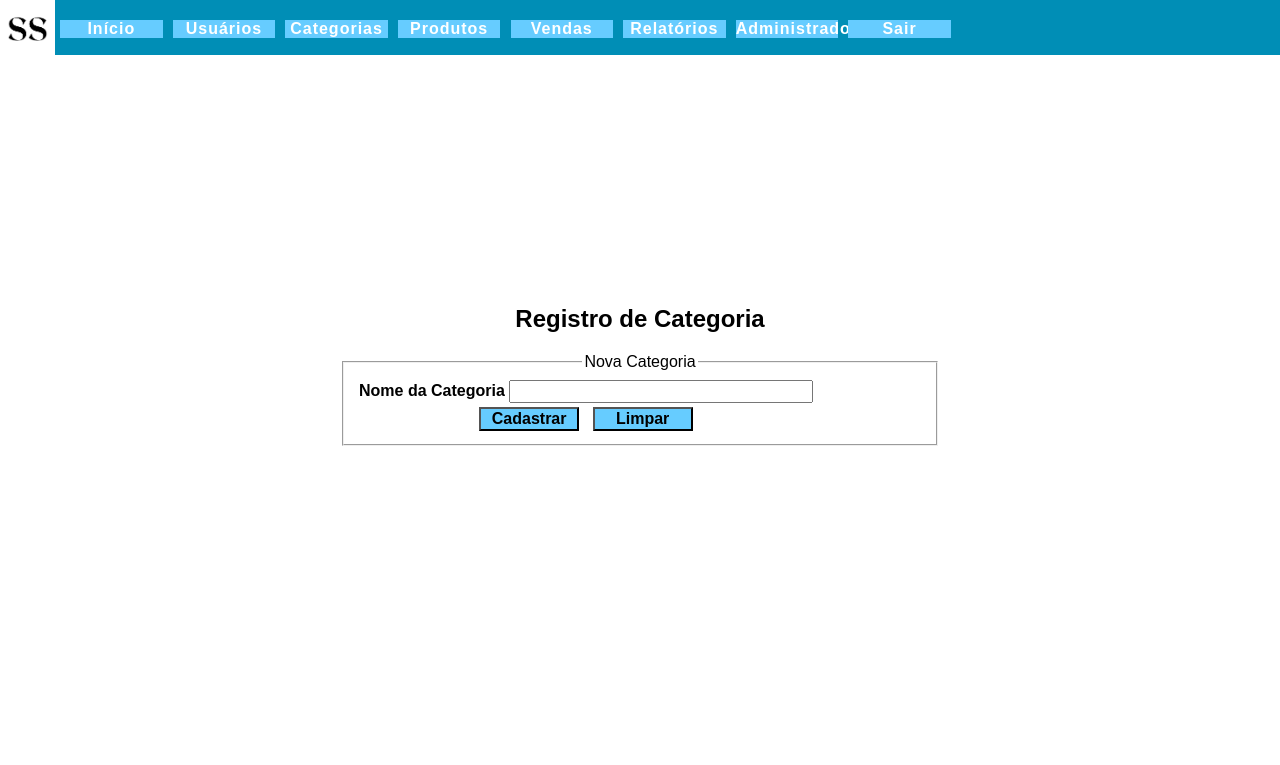
Repository: FaculdadeSenaiJoinville/PiMichelBaade
Page: ProjetoIndividual/WebContent/pages/admin/adminCategorias.html
The author's editor kept a copy of each file at every save. The page is drawn from the files as they stood at one save, then again after the next save.
The browser window is 1280 px wide. The pictures show the whole page.

Above is the page before, as saved 2021-08-18 00:41:52.

### ProjetoIndividual/WebContent/pages/admin/adminCategorias.html
<!DOCTYPE html>
<html>
<head>
<meta charset="UTF-8">
	<meta name="description" content="Site da Software dos Sonhos">
	<meta name="keywords" content="Padaria, Software, Sonhos">
	<meta name="author" content="Michel Baade">
	<meta name="viewport" content="width=device-width, initial-scale=1.0">
<title>Software dos Sonhos</title>
<link rel="stylesheet" type="text/css" href="../../css/admin.css">
<script src="https://code.jquery.com/jquery-3.6.0.min.js" integrity="sha256-/xUj+3OJU5yExlq6GSYGSHk7tPXikynS7ogEvDej/m4=" crossorigin="anonymous"></script>
<script src="../../js/admin.js"></script>
</head>
<body>
	<header></header>

<section>

<h2>Registro de Categoria</h2>

		<form name="frmAddCategoria" id="addCategoria" class="frmInserir">
			<fieldset>
			<legend>Nova Categoria</legend>
				<table>

					<tr>

						<th>Nome da Categoria</th>
						<td><input type="text" name="nome"></td>

					</tr>
					<tr>
						<td colspan="2">
							<button type="button">Cadastrar</button>
							<button type="reset">Limpar</button>
						</td>
					</tr>
				</table>
			</fieldset>
		</form>

	</section>


</body>
</html>

### ProjetoIndividual/WebContent/css/admin.css
@charset "UTF-8";

body{
	margin: 0 auto;
	font-family: "Century Gothic", sans-serif;
}

header{
	height: 55px;
	background-color: #008eb6;
	position: sticky;
	position: -webkit -sticky;
	top: 0px;
}

header img{
	float: left;
	height: 55px;
	width: 55px;
}

nav{
	clear: both;
	width: 80%;
	height: 100%;
	display: inline-block;
	margin: 20px auto;
}

nav a{
	color: white;
	font-weight: bold;
	letter-spacing: 1px;
	text-decoration: none;
	text-align: center;
}

nav .opcao{
	float: left;
	width: 10%;
	background-color: #66ccff;
	margin: 0 0.5%;
	font-size: 16px;
}

nav .opcao:hover{
	background-color: #83afd3;
}

.dropdown{
	position: relative;
	display: inline-block;
}

.dropdown-content{
	display: none;
	position: absolute;
	background-color: #66ccff;
	z-index: 1;
	width: 100%;
}

.dropdown-content a{
	display: block;
}


.dropdown-content a:hover{
	background-color: 83afd3;
}

.dropdown:hover .dropdown-content{
	display: block;
}

section{
	clear: both;
	min-height: 460px;
	width: 100%;
	margin-top: 250px;
	text-align: center;

}

section img{
	border:4px solid #000;
}

.frmInserir{
	margin: 0px auto;
	margin-bottom: 10px;
	width: 600px;
}

.frmInserir label{
	width: 200px;
}

.frmInserir input{
	width: 300px;
	padding: 2px 0;
}

.frmInserir button{
	width: 100px;
	margin: 0 1%;
	background-color: #66ccff;
	font-weight: bold;
	font-size: 16px;
}

### ProjetoIndividual/WebContent/js/admin.js
SONHOS = new Object();

$(document).ready(function() {

	$("header").load("/ProjetoIndividual/pages/admin/general/header.html");




});

### ProjetoIndividual/WebContent/pages/admin/general/header.html
<img src="../../imgs/logomenor.png" alt="Logo da Software dos Sonhos" id="logomenor">
<nav>
<a href="#"><div class="opcao">Início</div></a>
<a href="#"><div class="opcao">Usuários</div></a>
<a href="#"><div class="opcao">Categorias</div></a>
<a href="#"><div class="opcao">Produtos</div></a>
<a href="#"><div class="opcao">Vendas</div></a>
	<div class="opcao dropdown">
		<a href="#">
			<div class="dropbtn">Relatórios</div>
		</a>
		<div class="dropdown-content">
			<a href="#">Faturamentos</a>
			<a href="#">Vendas</a>
		</div>
	</div>
<a href="#"><div class="opcao">Administrador</div></a>
<a href="#"><div class="opcao">Sair</div></a>
</nav>

After the next save:
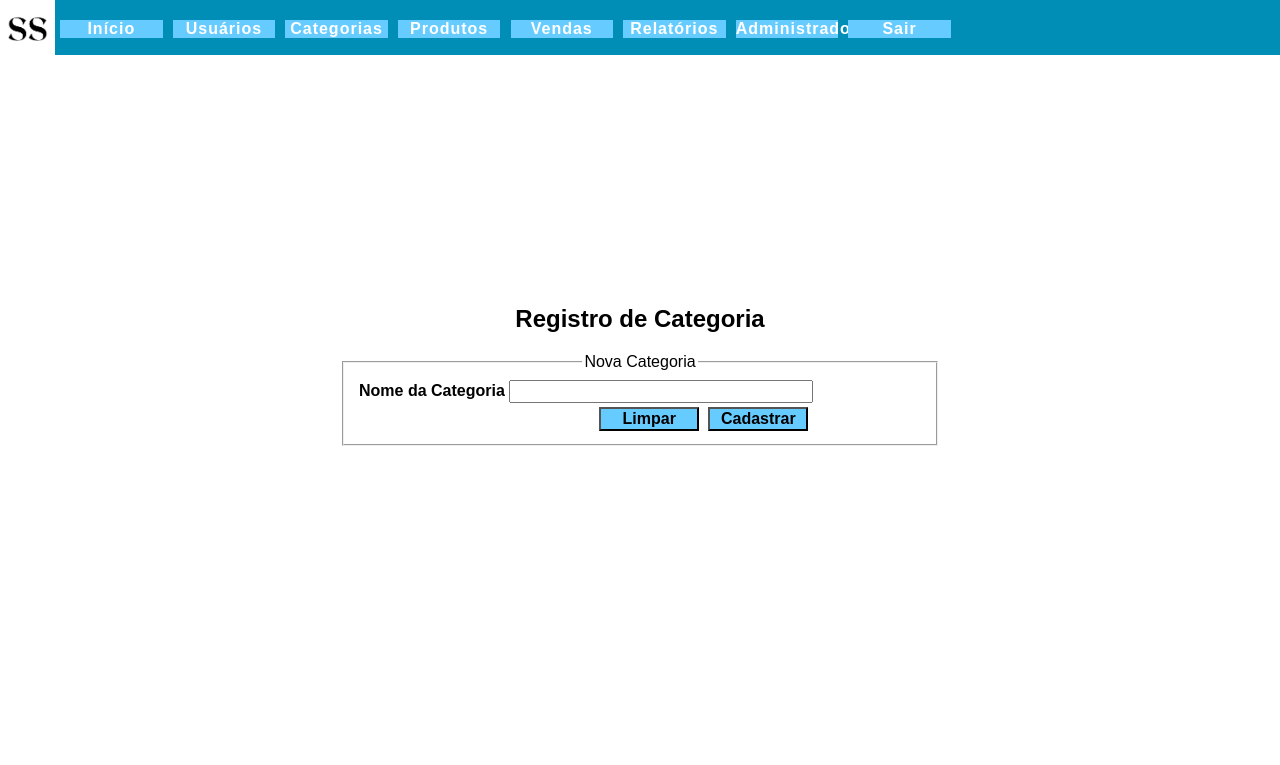
Saved 12 s later.
--- a/ProjetoIndividual/WebContent/css/admin.css
+++ b/ProjetoIndividual/WebContent/css/admin.css
@@ -107,4 +107,5 @@
 	background-color: #66ccff;
 	font-weight: bold;
 	font-size: 16px;
+	float: right;
 }

After the save that followed:
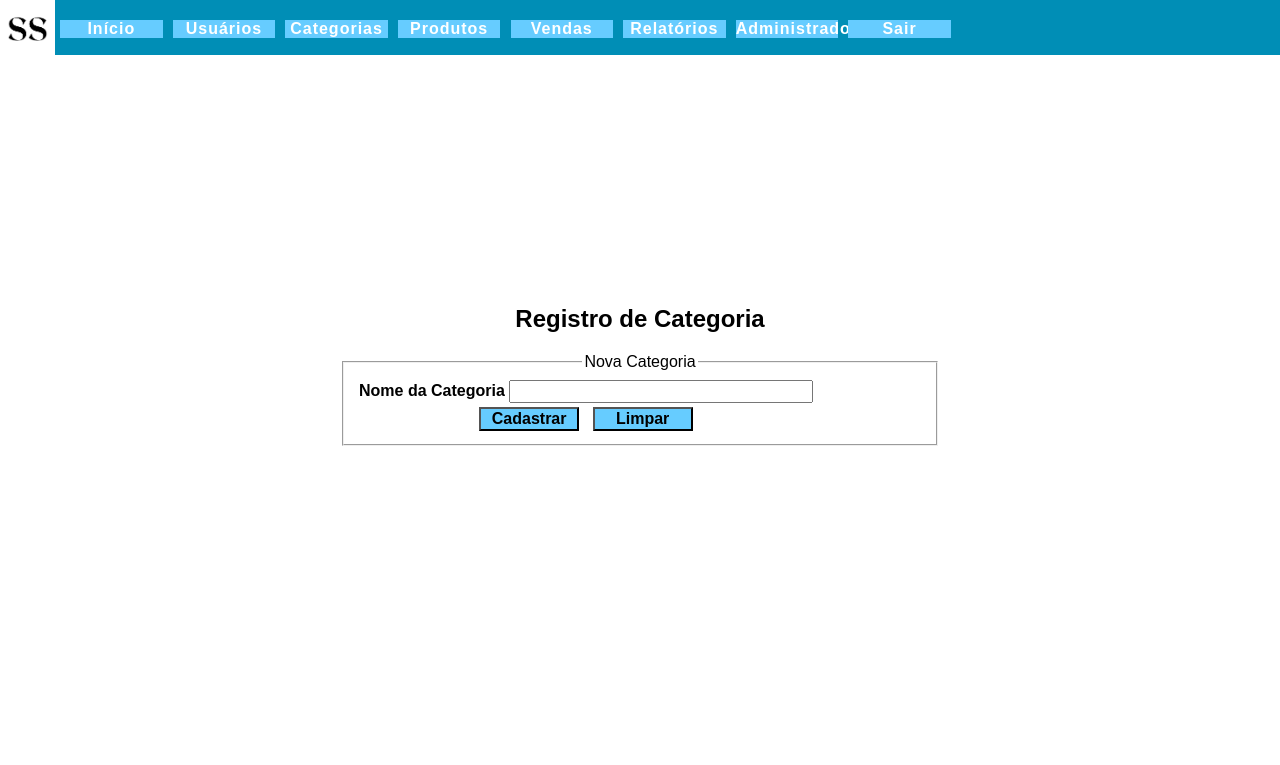
Saved 24 s later.
--- a/ProjetoIndividual/WebContent/css/admin.css
+++ b/ProjetoIndividual/WebContent/css/admin.css
@@ -107,5 +107,4 @@
 	background-color: #66ccff;
 	font-weight: bold;
 	font-size: 16px;
-	float: right;
 }
